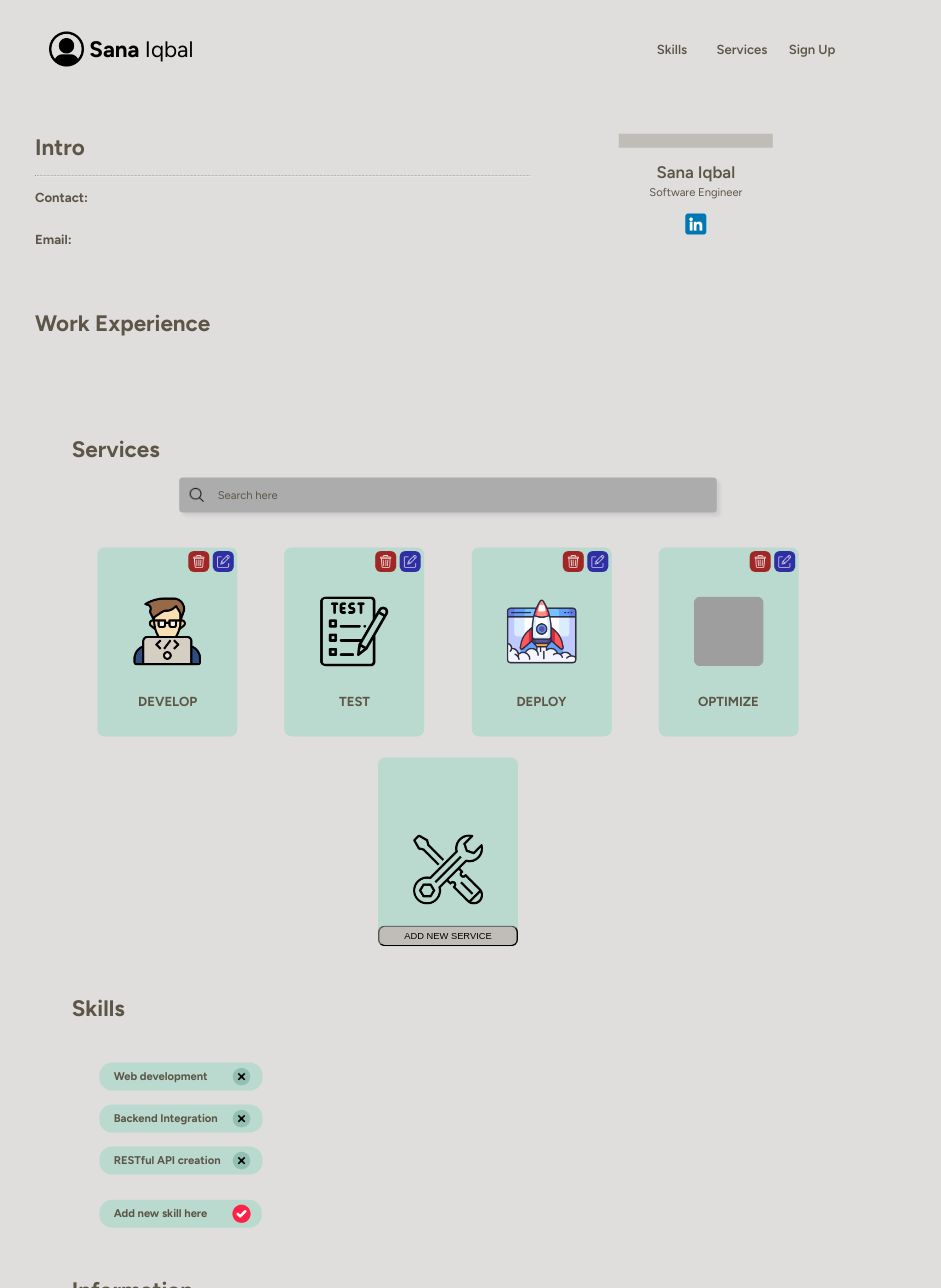
Repository: SanaIqbalDev/Portfolio
Page: portfolio.html
These files come from the project's save history. The page is drawn as it stood at one moment and after the next save; the edit follows.
The browser window is 1280 px wide. The page is 1344 px wide, so the pictures cover 1344 px, including what lies to the right of the window. The pictures show the part of the page from y = 0 to 1840 px (the page is 2401 px tall before and 2833 px after), at 70% of full size.
Pictures or frames that could not be fetched are drawn as grey boxes. The page's requests for data from a server got no answer.

Above is the page before, as saved 2023-08-23 16:28:03.

### portfolio.html
<!DOCTYPE html>
<html lang="en">

<head>
  <meta charset="utf-8" />
  <meta name="viewport" content="width=device-width, initial-scale=1.0" />
  <title>Sana Iqbal</title>
  <link rel="preconnect" href="https://fonts.googleapis.com">
  <link rel="preconnect" href="https://fonts.gstatic.com" crossorigin>
  <link href="https://fonts.googleapis.com/css2?family=Figtree:wght@400;600;700&display=swap" rel="stylesheet">
  <link rel="stylesheet" href="styles.css" />
  <script src="js/portfolio-main.js"></script>
  <script src="js/portfolio-skills.js"></script>
  <script src="js/portfolio-form-submission.js"></script>
  <script src="js/portfolio.external-data.js"></script>
</head>

<body>
  <header>

    <div class="header-div">
      <img width="50px" height="50px" src="res/ic_login.png">
      <h1 style="font-weight: 800;">&nbspSana&nbsp</h1>
      <h1 style="font-weight: 300;">Iqbal</h1>
    </div>

    <div class="header-option-section">

      <h3 id="skillset" class="header-options">Skills</h3>
      <h3 id="services" class="header-options">Services</h3>
      <h3 id="signup" class="header-options">Sign Up</h3>
    </div>
  </header>

  <main>
    <div class="main-content">
      <div class="top-row"  style="width: 100%; display: grid;grid-template-columns: 60% 20%;grid-gap:10%;">
        <div class="intro-div">
          <h1 style="margin-top: 0;">Intro</h1>
          <p id="intro-data">

          </p>

          <hr style="margin: 0;">

          <h3 class="inline-div" style=" display: inline-block;">
            Contact:</h3>
          <p id="contact-data" style=" display: inline-block;"></p>
          <br />
          <h3 class="inline-div" style="display: inline-block;">
            Email:</h3>
          <p  id="email-data" style=" display: inline-block;"></p>
        </div>
        <div id="picture">
          <img id="person" width="200px" height="auto"
            />
          <h2  id="name-data" >Sana Iqbal</h2>
          <h4 id="heading">Software Engineer</h3>
            <a id="linkedin-data" target="_blank"><img id="img-linkedin"
                src="res/linkedin.png" width="30px" height="30px"></a>
        </div>
      </div>
      <div id="details">

        <div>
          <h1 style="margin-top: 70px;">
            Work Experience</h1>
            <div id="workexp"></div>
          <!-- <h4>
            1. Apni Dukan (Ordering Application)</h4>
          <ul>
            <li>
              Developed and launched a feature-rich E-Commerce based grocery
              application for the company 24 SEVEN, catering to shopkeepers who
              want to order wholesale products in bulk for their shop.
              <pre></pre>
            </li>
            <li>
              Implemented key functionalities including Sign In, Sign Up,
              Catalog management with browsing option, Shopping cart management,
              Order checkout, Order detail, Voice Search feature, along with
              Customer status level management.
              <pre></pre>
            </li>
            <li>
              Utilized Java and Kotlin languages and Android SDK and associated
              libraries for developing robust and scalable Android application.
              <pre></pre>
            </li>
            <li>
              Employed MVVM architecture pattern to enhance code maintainability
              and separation of concerns, and ensured a seamless user experience
              with ongoing testing and debugging process.
            </li>
          </ul>
          <h4 style="margin-top: 30px;">
            2. APNI DUKAN (POS Application)</h4>
          <ul>
            <li>
              Developed application specifically for Point Of Sale devices for
              the company 24 SEVEN, to facilitate shopkeepers in the process of
              automating their daily sales and keeping track of all the orders
              and the customers.
              <pre></pre>
            </li>
            <li>
              Application is well structured to enable easy and quick order
              placement and catalog access from pos device.
              <pre></pre>
            </li>
            <li>
              Application also provide feature to show orders placed to a
              particular store from other sources along with entire order
              management process in the application
              <pre></pre>
            </li>
            <li>
              Java and Kotlin languages are used along with Android SDK and
              other libraries provided by android platform for developing a
              robust application.
            </li>
          </ul> -->
        </div>
      </div>

    </div>
    <div class="services-div">
      <h1>Services</h1>
      <div class="seach-view" id="search-view"
        style="display: flex; justify-content: flex-start;align-items: center; box-sizing: border-box;border-radius: 5px; padding: 5px; width: 60%;background-color: #adacac; box-sizing: border-box; box-shadow: 5px 5px 5px rgb(205, 205, 207); ">
        <img id="search-image" src="res/ic_search.png" style="padding: 10px; cursor: pointer;" width="20px"
          height="20px">
        <label id="search-label" style="margin-left: 10px; width: 100%;">Search here</label>
        <input id="search-input"
          style="display: none; width: 100%; font: 1em sans-serif; border: none; outline: none; background-color: transparent;"
          type="text">
      </div>
      <!-- <div id="search-dropdown" > -->

    </div>
    <div id="products-container" class="slider">
      <div id="1slider" class="slider-bg">
        <div class="item-options">
          <button class="remove-btn"><img src="res/ic_delete.png" width="18px" height="18px"></button>
          <button class="edit-btn"><img src="res/ic_edit.png" width="18px" height="18px"></button>
        </div>
        <div id="develop" class="slider-item">
          <img src="res/ic_develop.png">
          <h3 class="item-title">DEVELOP</h3>
        </div>
      </div>

      <div id="2slider" class="slider-bg">
        <div class="item-options">
          <button class="remove-btn"><img src="res/ic_delete.png" width="18px" height="18px"></button>
          <button class="edit-btn"><img src="res/ic_edit.png" width="18px" height="18px"></button>
        </div>
        <div id="test" class="slider-item">
          <img src="res/ic_test.png">
          <h3 class="item-title">TEST</h3>
        </div>
      </div>

      <div id="3slider" class="slider-bg">
        <div class="item-options">
          <button class="remove-btn"><img src="res/ic_delete.png" width="18px" height="18px"></button>
          <button class="edit-btn"><img src="res/ic_edit.png" width="18px" height="18px"></button>
        </div>
        <div id="deploy" class="slider-item">
          <img src="res/ic_deploy.png">
          <h3 class="item-title">DEPLOY</h3>
        </div>
      </div>

      <div id="4slider" class="slider-bg">
        <div class="item-options">
          <button class="remove-btn"><img src="res/ic_delete.png" width="18px" height="18px"></button>
          <button class="edit-btn"><img src="res/ic_edit.png" width="18px" height="18px"></button>
        </div>
        <div id="optimize" class="slider-item">
          <img src="res/ic_optimize.png">
          <h3 class="item-title">OPTIMIZE</h3>

        </div>
      </div>

      <div id="add-item-div" class="slider-bg">
        <div class="slider-item">
          <img src="res/ic_addItem.png">
        </div>
        <button id="add-item" class="add-new-item">ADD NEW SERVICE</button>

      </div>
    </div>
    </div>


    <div id="skills-div" class="skills-div">
      <h1>Skills</h1>
      <div style="width: 84%; display: block;">
        <div id="skill-items" class="skill-items">
          <ul id="skill-list">
          </ul>
          <div class="add-skill-item">
            <label id="add-skill-label" class="title-skill">Add new skill here</label>
            <input id="add-skill-input" class="add-skill" type="text" placeholder="Add Skill" value=""
              style="display: none; font: 1em sans-serif; border: none; outline: none; background-color: #badacf;">

            <button id="add-skill-btn"><img src="res/ic_add.png" width="30px" height="30px"
                style="transition: filter 0.3s ease;box-sizing: border-box; padding: 2px;"></button>

          </div>
        </div>
      </div>

    </div>

    <div class="external-data-div">
      <h1>Information</h1>
      <table class="info-table" style="width: 70%;">
        <tr style="height: 50px; width: 100%;">
          <th class="image-id-cell" style=" background-color: #83817e; color: white;">IMAGE</th>
          <th class="image-id-cell" style=" background-color: #83817e;  color: white;">ID</th>
          <th style=" background-color: #83817e; color: white; width: 40%;">TITLE</th>
          <th style="width: 40%;background-color: #83817e; color: white;">URL</th>
        </tr>
      </table>
      <div class="table-container">
        <table id="info-table" class="info-table">
        </table>
      </div>

    </div>

    <div id="signupModal" class="signup-modal">
      <div class="modal-content">
        <h2>Fill your information</h2>

        <form id="submit-form" action="">
          <section>
            <input id="name" class="input-field" type="text" placeholder="Name" value="">
            <input id="email" class="input-field" placeholder="Email" value="">
            <input id="password" class="input-field" type="password" placeholder="Password (atleast 6 characters)"
              value="">
          </section>

          <div
            style="display: flex; justify-content: center;max-height: 50px;height: 50px; margin-top: 50px; margin-left: auto; margin-right: auto;">
            <button id="submit" type="submit">SUBMIT</button>
            <div id="loading" class="spinner"></div>
          </div>
        </form>
      </div>
    </div>
    <div id="productDesc" class="product-modal">
      <div id="product-content" class="product-content">
        <img id="product-img" src="res/ic_develop.png" width="100px" height="100px">
        <h2 id="product-title" style="margin-top: 30px;">TITLE</h2>
        <p id="product-description" style="margin-top: 30px;">We are a dedicated and proficient website development
          service provider, committed to crafting impactful
          online solutions for businesses across diverse industries.
          With a team of skilled developers, designers, and digital strategists, we offer comprehensive website
          development services that transcend mere online presence.<br /><br />

          Our approach begins by understanding your unique business objectives and target audience. Leveraging
          cutting-edge technologies and industry best practices, we meticulously
          design and develop websites that are not only visually stunning but also functionally robust. <br /><br />

          From responsive designs that adapt seamlessly to different devices to user-friendly
          interfaces that enhance engagement, we ensure every element contributes to an exceptional user experience.
          <br />
        </p>
      </div>
    </div>

    <!-- Edit Form Modal -->
    <div id="editModal" class="edit-modal">
      <div class="edit-content">
        <form id="service-info-form" action="">
          <section class="input-section">
            <img id="imagePreview" src="" alt="Selected Image" style="width: 110px; height: 110px;">
            <input id="edit-img" class="input-field" type="file" value="">
            <input id="edit-title" class="input-field" class="input-field" type="text" placeholder="Add service title"
              value="">
            <textarea id="edit-description" class="input-field"
              style=" width: 90%; min-height: 120px;height: auto;overflow: auto;white-space: wrap;font-family: 'Figtree', sans-serif;">This is a long piece of text that will wrap inside the textarea element.</textarea>
            <button id="submit-edit-info" type="submit">SUBMIT</button>
          </section>
        </form>
      </div>
    </div>

    <div id="edit-modal-alert">
      <div id="successModal" class="alert-modal">
        <img id="alert-icon" src="res/ic_success.png" width="50px" height="50px">
        <h2 id="alert-message">Data has been sent successfully</h2>
      </div>
    </div>
  </main>

</body>

</html>

Loaded but not shown: js/portfolio-main.js (592 lines, source omitted); js/portfolio-form-submission.js (112 lines, source omitted); js/portfolio-skills.js (122 lines, source omitted); js/portfolio.external-data.js (53 lines, source omitted); styles.css (811 lines, source omitted)

After the next save:
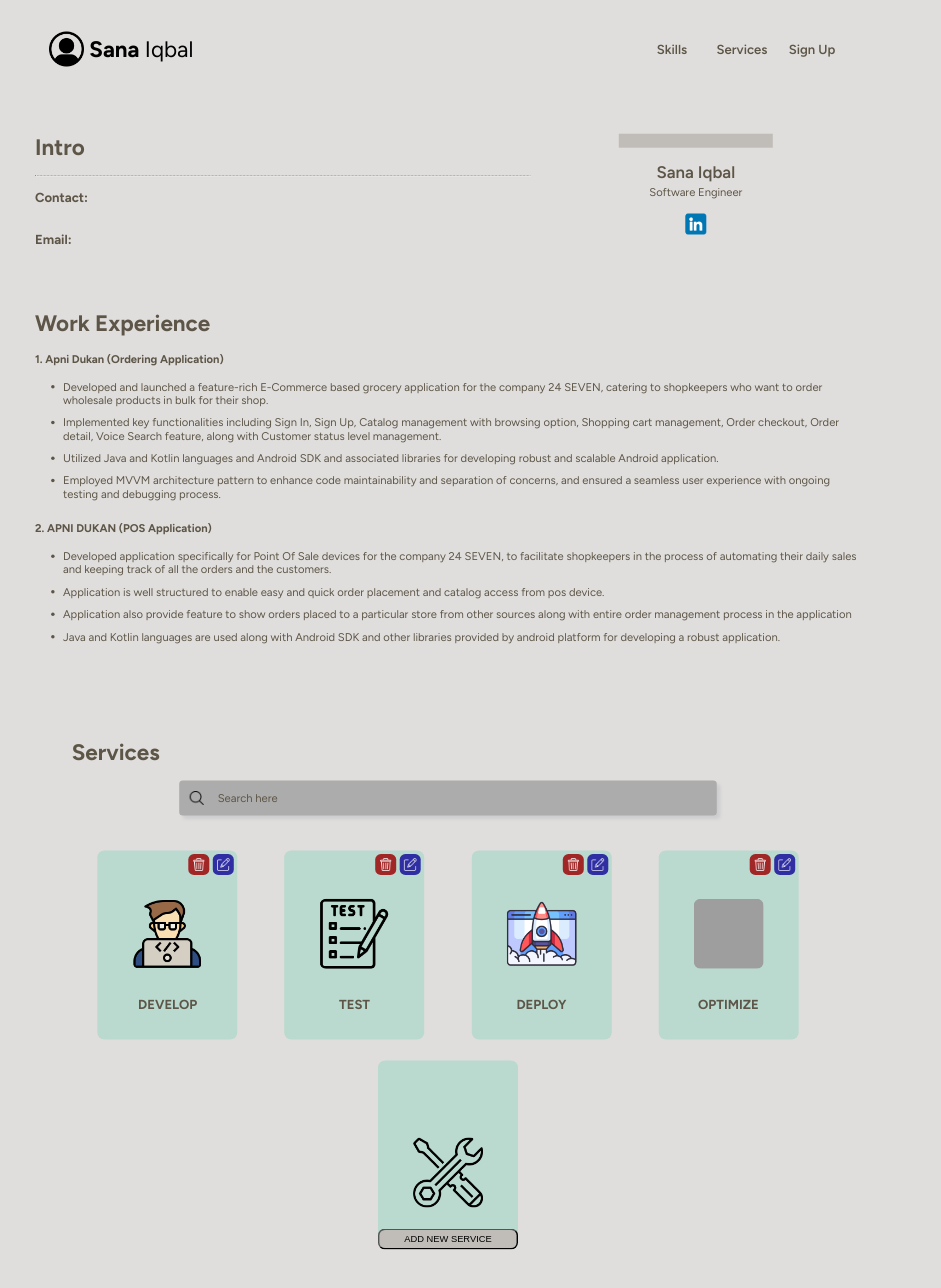
Saved 116 s later.
--- a/portfolio.html
+++ b/portfolio.html
@@ -65,8 +65,8 @@
         <div>
           <h1 style="margin-top: 70px;">
             Work Experience</h1>
-            <div id="workexp"></div>
-          <!-- <h4>
+            <div id="wor"></div>
+          <h4>
             1. Apni Dukan (Ordering Application)</h4>
           <ul>
             <li>
@@ -119,7 +119,7 @@
               other libraries provided by android platform for developing a
               robust application.
             </li>
-          </ul> -->
+          </ul>
         </div>
       </div>
 
